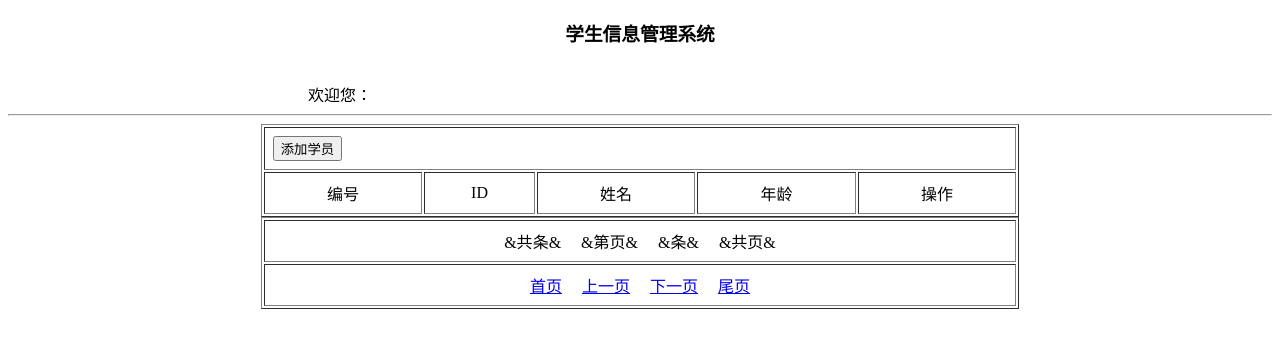
Repository: DataBoxWx/mvc_servlet_3
Page: http://localhost/mvc_2/jsp/studentlist.jsp
These files come from the project's save history. The page is drawn as it stood at one moment and after the next save; the edit follows.
The browser window is 1280 px wide. The pictures show the whole page.
The page is served by Tomcat 9.

Above is the page before, as saved 2018-05-10 02:01:12.

After the next save:
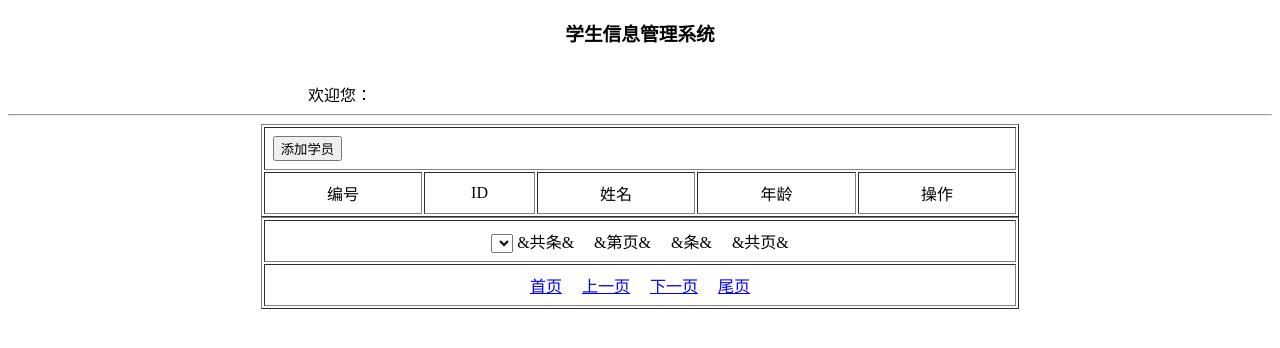
Saved 3 min 21 s later.
--- a/mvc_2/WebContent/jsp/studentlist.jsp
+++ b/mvc_2/WebContent/jsp/studentlist.jsp
@@ -131,6 +131,11 @@
 	<table border="1" align="center" width="60%" cellpadding="8">
 		<tr>
 			<td>
+				<select id="count">
+					<option value="3"></option>
+					<option value="4"></option>
+					<option value="5"></option>
+				</select>
 				&共<span id="pageCount"></span>条&&nbsp;&nbsp;&nbsp;&nbsp;
 				&第<span id="pageNum"></span>页&&nbsp;&nbsp;&nbsp;&nbsp;
 				  &<span id="pageSize"></span>条&&nbsp;&nbsp;&nbsp;&nbsp;
